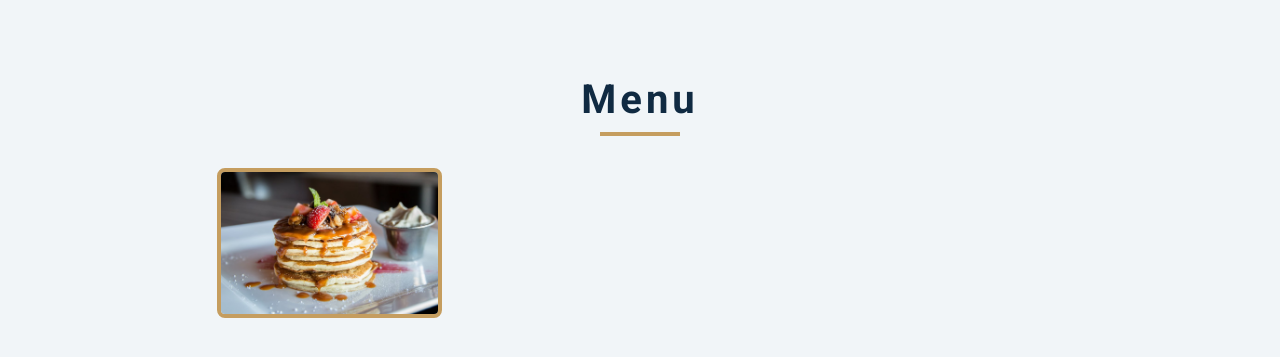
Repository: spidero7/Menu
Page: index.html
The author's editor kept a copy of each file at every save. The page is drawn from the files as they stood at one save, then again after a run of saves.
The browser window is 1280 px wide. The pictures show the whole page.
Some web libraries are served in a nearby version.

Above is the page before, as saved 2021-09-30 08:33:40.

### index.html
<!DOCTYPE html>
<html lang="en">
<head>
    <meta charset="UTF-8">
    <meta http-equiv="X-UA-Compatible" content="IE=edge">
    <meta name="viewport" content="width=device-width, initial-scale=1.0">
    <title>Menu</title>
    <link rel="stylesheet" href="style.css">
    <link
      rel="stylesheet"
      href="https://cdnjs.cloudflare.com/ajax/libs/font-awesome/5.14.0/css/all.min.css"
    />
</head>
<body>
    <section class="menu">
        <div class="title">
            <h2>Menu</h2>
            <div class="underline"></div>
        </div>
        <div class="section-center">
            <article class="menu-item">
                <img src="menu-item.jpeg" class="photo" alt="menu-item">
                <div class="item-info">

                </div>
            </article>
        </div>
    </section>
    <script src="app.js"></script>
</body>
</html>

### style.css
/*
===============
Fonts
===============
*/
@import url("https://fonts.googleapis.com/css?family=Open+Sans|Roboto:400,700&display=swap");

/*
===============
Variables
===============
*/

:root {
  /* dark shades of primary color*/
  --clr-primary-1: hsl(205, 86%, 17%);
  --clr-primary-2: hsl(205, 77%, 27%);
  --clr-primary-3: hsl(205, 72%, 37%);
  --clr-primary-4: hsl(205, 63%, 48%);
  /* primary/main color */
  --clr-primary-5: #49a6e9;
  /* lighter shades of primary color */
  --clr-primary-6: hsl(205, 89%, 70%);
  --clr-primary-7: hsl(205, 90%, 76%);
  --clr-primary-8: hsl(205, 86%, 81%);
  --clr-primary-9: hsl(205, 90%, 88%);
  --clr-primary-10: hsl(205, 100%, 96%);
  /* darkest grey - used for headings */
  --clr-grey-1: hsl(209, 61%, 16%);
  --clr-grey-2: hsl(211, 39%, 23%);
  --clr-grey-3: hsl(209, 34%, 30%);
  --clr-grey-4: hsl(209, 28%, 39%);
  /* grey used for paragraphs */
  --clr-grey-5: hsl(210, 22%, 49%);
  --clr-grey-6: hsl(209, 23%, 60%);
  --clr-grey-7: hsl(211, 27%, 70%);
  --clr-grey-8: hsl(210, 31%, 80%);
  --clr-grey-9: hsl(212, 33%, 89%);
  --clr-grey-10: hsl(210, 36%, 96%);
  --clr-white: #fff;
  --clr-red-dark: hsl(360, 67%, 44%);
  --clr-red-light: hsl(360, 71%, 66%);
  --clr-green-dark: hsl(125, 67%, 44%);
  --clr-green-light: hsl(125, 71%, 66%);
  --clr-gold: #c59d5f;
  --clr-black: #222;
  --ff-primary: "Roboto", sans-serif;
  --ff-secondary: "Open Sans", sans-serif;
  --transition: all 0.3s linear;
  --spacing: 0.25rem;
  --radius: 0.5rem;
  --light-shadow: 0 5px 15px rgba(0, 0, 0, 0.1);
  --dark-shadow: 0 5px 15px rgba(0, 0, 0, 0.2);
  --max-width: 1170px;
  --fixed-width: 620px;
}
/*
===============
Global Styles
===============
*/

*,
::after,
::before {
  margin: 0;
  padding: 0;
  box-sizing: border-box;
}
body {
  font-family: var(--ff-secondary);
  background: var(--clr-grey-10);
  color: var(--clr-grey-1);
  line-height: 1.5;
  font-size: 0.875rem;
}
ul {
  list-style-type: none;
}
a {
  text-decoration: none;
}
img:not(.logo) {
  width: 100%;
}
img {
  display: block;
}

h1,
h2,
h3,
h4 {
  letter-spacing: var(--spacing);
  text-transform: capitalize;
  line-height: 1.25;
  margin-bottom: 0.75rem;
  font-family: var(--ff-primary);
}
h1 {
  font-size: 3rem;
}
h2 {
  font-size: 2rem;
}
h3 {
  font-size: 1.25rem;
}
h4 {
  font-size: 0.875rem;
}
p {
  margin-bottom: 1.25rem;
  color: var(--clr-grey-5);
}
@media screen and (min-width: 800px) {
  h1 {
    font-size: 4rem;
  }
  h2 {
    font-size: 2.5rem;
  }
  h3 {
    font-size: 1.75rem;
  }
  h4 {
    font-size: 1rem;
  }
  body {
    font-size: 1rem;
  }
  h1,
  h2,
  h3,
  h4 {
    line-height: 1;
  }
}
/*  global classes */

.btn {
  text-transform: uppercase;
  background: transparent;
  color: var(--clr-black);
  padding: 0.375rem 0.75rem;
  letter-spacing: var(--spacing);
  display: inline-block;
  transition: var(--transition);
  font-size: 0.875rem;
  border: 2px solid var(--clr-black);
  cursor: pointer;
  box-shadow: 0 1px 3px rgba(0, 0, 0, 0.2);
  border-radius: var(--radius);
}
.btn:hover {
  color: var(--clr-white);
  background: var(--clr-black);
}
/* section */
.section {
  padding: 5rem 0;
}

main {
  min-height: 100vh;
  display: grid;
  place-items: center;
}
/*
===============
Menu
===============
*/

.menu {
  padding: 5rem 0;
}
.title {
  text-align: center;
  margin-bottom: 2rem;
}
.underline {
  width: 5rem;
  height: 0.25rem;
  background: var(--clr-gold);
  margin-left: auto;
  margin-right: auto;
}
.btn-container {
  margin-bottom: 4rem;
  display: flex;
  justify-content: center;
}
.filter-btn {
  background: transparent;
  border-color: var(--clr-gold);
  font-size: 1rem;
  text-transform: capitalize;
  margin: 0 0.5rem;
  letter-spacing: 1px;
  border-radius: var(--radius);
  padding: 0.375rem 0.75rem;
  color: var(--clr-gold);
  cursor: pointer;
  transition: var(--transition);
}
.filter-btn:hover {
  background: var(--clr-gold);
  color: var(--clr-white);
}
.section-center {
  width: 90vw;
  margin: 0 auto;
  max-width: 1170px;
  display: grid;
  gap: 3rem 2rem;
  justify-items: center;
}
.menu-item {
  display: grid;
  gap: 1rem 2rem;
  max-width: 25rem;
}
.photo {
  object-fit: cover;
  height: 200px;
  border: 0.25rem solid var(--clr-gold);
  border-radius: var(--radius);
}
.item-info header {
  display: flex;
  justify-content: space-between;
  border-bottom: 0.5px dotted var(--clr-grey-5);
}
.item-info h4 {
  margin-bottom: 0.5rem;
}
.price {
  color: var(--clr-gold);
}
.item-text {
  margin-bottom: 0;
  padding-top: 1rem;
}

@media screen and (min-width: 768px) {
  .menu-item {
    grid-template-columns: 225px 1fr;
    gap: 0 1.25rem;
    max-width: 40rem;
  }
  .photo {
    height: 175px;
  }
}
@media screen and (min-width: 1200px) {
  .section-center {
    width: 95vw;
    grid-template-columns: 1fr 1fr;
  }
  .photo {
    height: 150px;
  }
}

### app.js
const menu = [
  {
    id: 1,
    title: "buttermilk pancakes",
    category: "breakfast",
    price: 15.99,
    img: "./images/item-1.jpeg",
    desc: `I'm baby woke mlkshk wolf bitters live-edge blue bottle, hammock freegan copper mug whatever cold-pressed `,
  },
  {
    id: 2,
    title: "diner double",
    category: "lunch",
    price: 13.99,
    img: "./images/item-2.jpeg",
    desc: `vaporware iPhone mumblecore selvage raw denim slow-carb leggings gochujang helvetica man braid jianbing. Marfa thundercats `,
  },
  {
    id: 3,
    title: "godzilla milkshake",
    category: "shakes",
    price: 6.99,
    img: "./images/item-3.jpeg",
    desc: `ombucha chillwave fanny pack 3 wolf moon street art photo booth before they sold out organic viral.`,
  },
  {
    id: 4,
    title: "country delight",
    category: "breakfast",
    price: 20.99,
    img: "./images/item-4.jpeg",
    desc: `Shabby chic keffiyeh neutra snackwave pork belly shoreditch. Prism austin mlkshk truffaut, `,
  },
  {
    id: 5,
    title: "egg attack",
    category: "lunch",
    price: 22.99,
    img: "./images/item-5.jpeg",
    desc: `franzen vegan pabst bicycle rights kickstarter pinterest meditation farm-to-table 90's pop-up `,
  },
  {
    id: 6,
    title: "oreo dream",
    category: "shakes",
    price: 18.99,
    img: "./images/item-6.jpeg",
    desc: `Portland chicharrones ethical edison bulb, palo santo craft beer chia heirloom iPhone everyday`,
  },
  {
    id: 7,
    title: "bacon overflow",
    category: "breakfast",
    price: 8.99,
    img: "./images/item-7.jpeg",
    desc: `carry jianbing normcore freegan. Viral single-origin coffee live-edge, pork belly cloud bread iceland put a bird `,
  },
  {
    id: 8,
    title: "american classic",
    category: "lunch",
    price: 12.99,
    img: "./images/item-8.jpeg",
    desc: `on it tumblr kickstarter thundercats migas everyday carry squid palo santo leggings. Food truck truffaut  `,
  },
  {
    id: 9,
    title: "quarantine buddy",
    category: "shakes",
    price: 16.99,
    img: "./images/item-9.jpeg",
    desc: `skateboard fam synth authentic semiotics. Live-edge lyft af, edison bulb yuccie crucifix microdosing.`,
  },
];

After the next 4 saves:
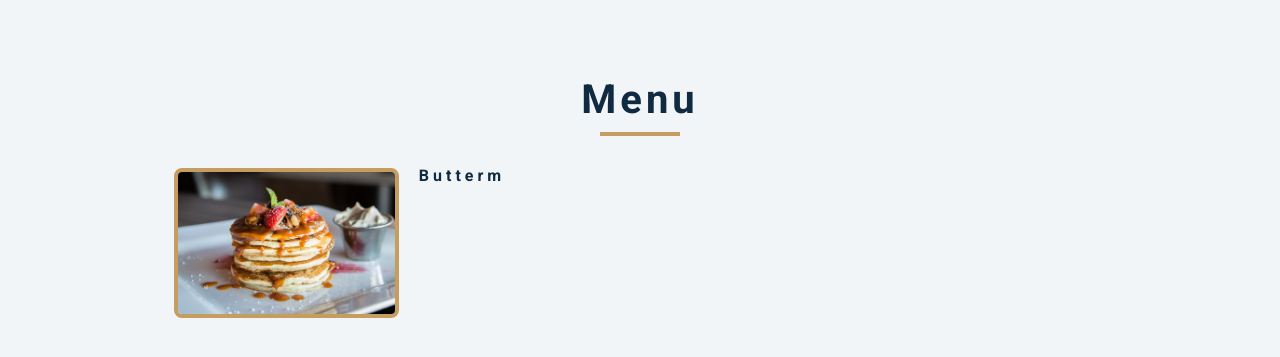
The 4 saves are shown as one change because they came seconds apart.
The last was saved 9 s later.
--- a/index.html
+++ b/index.html
@@ -21,7 +21,7 @@
             <article class="menu-item">
                 <img src="menu-item.jpeg" class="photo" alt="menu-item">
                 <div class="item-info">
-
+                    <h4>Butterm</h4>
                 </div>
             </article>
         </div>
